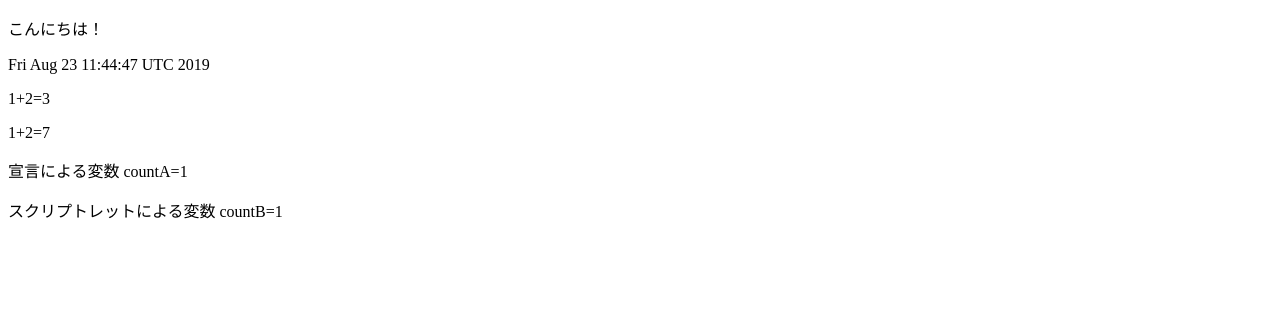
Repository: yoshida930/test
Page: http://localhost/HelloJSP/
These files come from the project's save history. The page is drawn as it stood at one moment and after the next save; the edit follows.
The browser window is 1280 px wide. The pictures show the whole page.
The page is served by Tomcat 9.

Above is the page before, as saved 2019-08-26 10:18:03.

### HelloJSP/WebContent/index.jsp
<%@ page language="java" contentType="text/html; charset=UTF-8" pageEncoding="UTF-8" %>
<!DOCTYPE html>
<html>
 <head>
 <meta charset=" UTF-8">
 <title>TEST</title>
</head>
<body>
<p>こんにちは！<p>
<% out.println(new java.util.Date()); %>
<%!
int add(int a, int b){
        return a+b;
        }
        %>

  <p>1+2=<%=add(1,2) %><p>
  <p>1+2=<%=add(3,4) %><p>
  <%! int countA=0; %>
  <% int countB=0;
     countA++;
     countB++;
     %>
     <p>宣言による変数 countA=<%=countA %><p>
     <p>スクリプトレットによる変数 countB=<%=countB %><p>
</body>
</html>

After the next save:
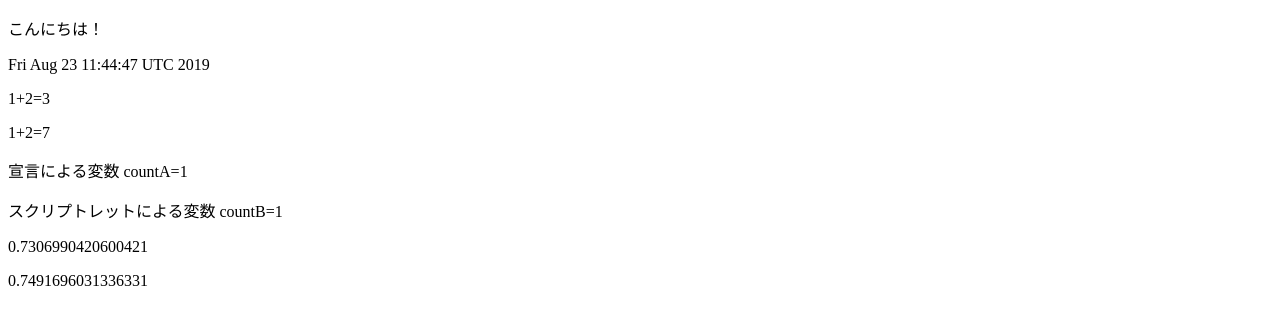
Saved 2 min 19 s later.
--- a/HelloJSP/WebContent/index.jsp
+++ b/HelloJSP/WebContent/index.jsp
@@ -23,5 +23,7 @@ int add(int a, int b){
      %>
      <p>宣言による変数 countA=<%=countA %><p>
      <p>スクリプトレットによる変数 countB=<%=countB %><p>
+     <p><% out.println(Math.random()); %><p>
+     <p><%=Math.random() %><p>
 </body>
 </html>
